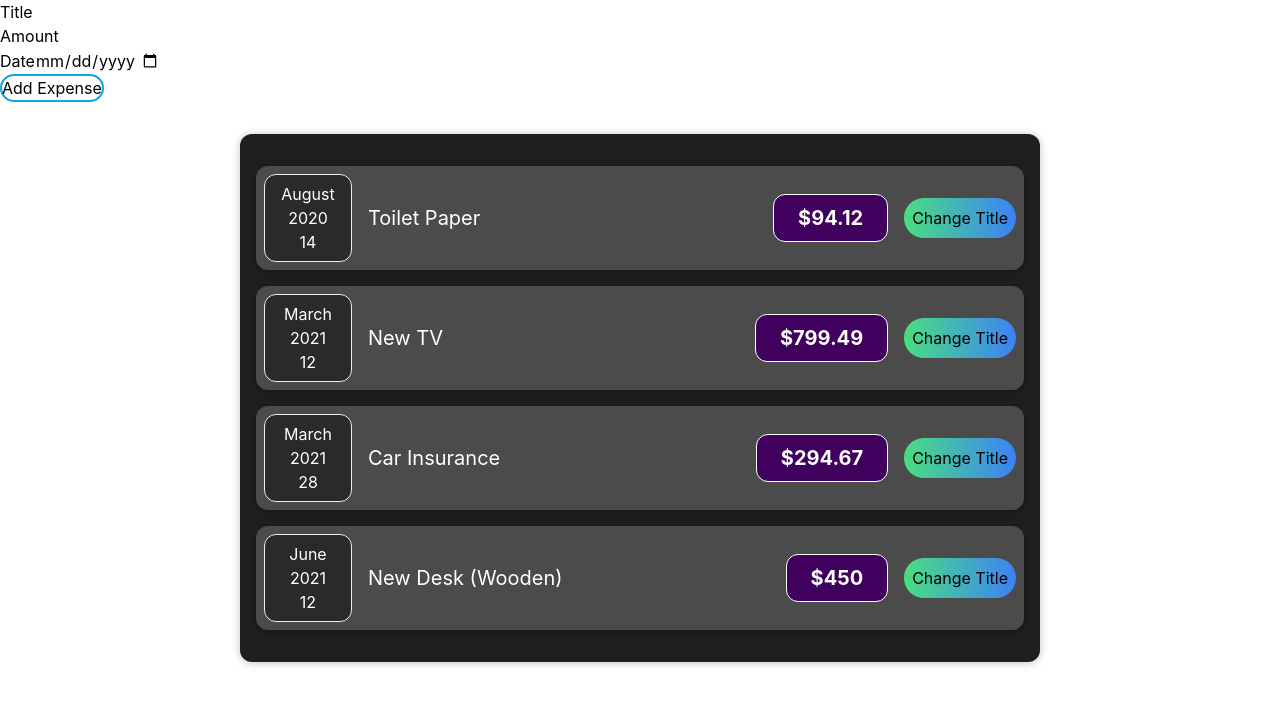
Repository: Sef24/expense-tracker
Page: /
The author's editor kept a copy of each file at every save. The page is drawn from the files as they stood at one save, then again after the next save.
The browser window is 1280 px wide. The pictures show the whole page.
The project was rebuilt for these pictures with package versions that can differ from the ones it lists, and the page was loaded fresh each time. Also part of the build but not shown: src/components/NewExpense/NewExpense.css, src/components/NewExpense/ExpenseForm.css.

Above is the page before, as saved 2022-04-24 15:45:53.

### public/index.html
<!DOCTYPE html>
<html lang="en">
  <head>
    <meta charset="utf-8" />
    <link rel="icon" href="%PUBLIC_URL%/favicon.ico" />
    <meta name="viewport" content="width=device-width, initial-scale=1" />

    <meta
      name="description"
      content="Web site created using create-react-app"
    />
    <link rel="apple-touch-icon" href="%PUBLIC_URL%/logo192.png" />
    <!--
      manifest.json provides metadata used when your web app is installed on a
      user's mobile device or desktop. See https://developers.google.com/web/fundamentals/web-app-manifest/
    -->
    <link rel="manifest" href="%PUBLIC_URL%/manifest.json" />
    <!--
      Notice the use of %PUBLIC_URL% in the tags above.
      It will be replaced with the URL of the `public` folder during the build.
      Only files inside the `public` folder can be referenced from the HTML.

      Unlike "/favicon.ico" or "favicon.ico", "%PUBLIC_URL%/favicon.ico" will
      work correctly both with client-side routing and a non-root public URL.
      Learn how to configure a non-root public URL by running `npm run build`.
    -->
    <title>React App</title>
  </head>
  <body>
    <noscript>You need to enable JavaScript to run this app.</noscript>
    <div id="root"></div>
    <!--
      This HTML file is a template.
      If you open it directly in the browser, you will see an empty page.

      You can add webfonts, meta tags, or analytics to this file.
      The build step will place the bundled scripts into the <body> tag.

      To begin the development, run `npm start` or `yarn start`.
      To create a production bundle, use `npm run build` or `yarn build`.
    -->
  </body>
</html>

### src/App.js
import Expenses from "./components/Expenses";
import NewExpense from "./components/NewExpense/NewExpense";

function App() {
  const expenses = [
    {
      id: "e1",
      title: "Toilet Paper",
      amount: 94.12,
      date: new Date(2020, 7, 14),
    },
    { id: "e2", title: "New TV", amount: 799.49, date: new Date(2021, 2, 12) },
    {
      id: "e3",
      title: "Car Insurance",
      amount: 294.67,
      date: new Date(2021, 2, 28),
    },
    {
      id: "e4",
      title: "New Desk (Wooden)",
      amount: 450,
      date: new Date(2021, 5, 12),
    },
  ];
  return (
    <div>
      <NewExpense />
      <Expenses items={expenses} />
    </div>
  );
}

export default App;

### src/components/Expenses.js
import React from "react";
import ExpenseItem from "./ExpenseItem";
import "./Expenses.css";

function Expenses(props) {
  <h1 className=""> Hello</h1>;
  return (
    <div className="expenses">
      <ExpenseItem
        title={props.items[0].title}
        amount={props.items[0].amount}
        date={props.items[0].date}
      />

      <ExpenseItem
        title={props.items[1].title}
        amount={props.items[1].amount}
        date={props.items[1].date}
      />
      <ExpenseItem
        title={props.items[2].title}
        amount={props.items[2].amount}
        date={props.items[2].date}
      />
      <ExpenseItem
        title={props.items[3].title}
        amount={props.items[3].amount}
        date={props.items[3].date}
      />
    </div>
  );
}

export default Expenses;

### src/components/NewExpense/NewExpense.js
import React from "react";
import "./NewExpense.css";
import ExpenseForm from "./ExpenseForm";

function NewExpense() {
  return (
    <div>
      <ExpenseForm onSaveExpenseData />
    </div>
  );
}

export default NewExpense;

### src/components/ExpenseItem.js
import React, { useState } from "react";
import "./ExpenseItem.css";
import ExpenseDate from "./ExpenseDate";

function ExpenseItem(props) {
  const [title, setTitle] = useState(props.title);

  const clickHandler = () => {
    setTitle("Updated");
    console.log(title);
  };

  return (
    <div className="expense-item ">
      <ExpenseDate date={props.date} />

      <div className="expense-item__description">
        <h2>{props.title}</h2>

        <div className="expense-item__price">${props.amount}</div>
      </div>
      <button
        className="p-2 ml-4 border-transparent rounded-full border-0
        bg-gradient-to-r from-green-400 to-blue-500
        hover:from-pink-500 hover:to-yellow-500 ...
        active:opacity-75"
        onClick={clickHandler}
      >
        Change Title
      </button>
    </div>
  );
}

export default ExpenseItem;

### src/components/NewExpense/ExpenseForm.js
import React, { useState } from "react";
import "./ExpenseForm.css";

function ExpenseForm() {
  const [enteredTitle, setEnteredTitle] = useState("");
  const [enteredAmount, setEnteredAmount] = useState("");
  const [enteredDate, setEnteredDate] = useState("");

  const titleChangeHandler = (event) => {
    setEnteredTitle(event.target.value);
  };

  const amountChangeHandler = (event) => {
    setEnteredAmount(event.target.value);
  };

  const dateChangeHandler = (event) => {
    setEnteredDate(event.target.value);
  };

  const submitExpenseHandler = (event) => {
    event.preventDefault();

    const expenseData = {
      title: enteredTitle,
      amount: enteredAmount,
      date: enteredDate,
    };
    console.log(expenseData);
    setEnteredTitle("");
    setEnteredAmount("");
    setEnteredDate("");
  };
  return (
    <form onSubmit={submitExpenseHandler}>
      <div>
        <div>
          <label>Title</label>
          <input
            type="text"
            value={enteredTitle}
            onChange={titleChangeHandler}
          />
        </div>

        <div>
          <label>Amount</label>
          <input
            type="number"
            value={enteredAmount}
            min="0.01"
            step="0.01"
            onChange={amountChangeHandler}
          />
        </div>

        <div>
          <label>Date</label>
          <input
            type="date"
            value={enteredDate}
            min="2019-01-01"
            max="2022-12-31"
            onChange={dateChangeHandler}
          />
        </div>
      </div>

      <div>
        <button
          className="border-solid border-2 border-sky-500 rounded-full"
          type="submit"
        >
          Add Expense
        </button>
      </div>
    </form>
  );
}

export default ExpenseForm;

### src/components/ExpenseItem.css
.expense-item {
  display: flex;
  justify-content: space-between;
  align-items: center;
  box-shadow: 0 2px 8px rgba(0, 0, 0, 0.25);
  padding: 0.5rem;
  margin: 1rem 0;
  border-radius: 12px;
  background-color: #4b4b4b;
}

.expense-item__description {
  display: flex;
  flex-direction: column;
  gap: 1rem;
  align-items: flex-end;
  flex-flow: column-reverse;
  justify-content: flex-start;
  flex: 1;
}

.expense-item h2 {
  color: #3a3a3a;
  font-size: 1rem;
  flex: 1;
  margin: 0 1rem;
  color: white;
}

.expense-item__price {
  font-size: 1rem;
  font-weight: bold;
  color: white;
  background-color: #40005d;
  border: 1px solid white;
  padding: 0.5rem;
  border-radius: 12px;
}

@media (min-width: 580px) {
  .expense-item__description {
    flex-direction: row;
    align-items: center;
    justify-content: flex-start;
    flex: 1;
  }

  .expense-item__description h2 {
    font-size: 1.25rem;
  }

  .expense-item__price {
    font-size: 1.25rem;
    padding: 0.5rem 1.5rem;
  }
}

### src/components/ExpenseDate.js
import React from "react";
import "./ExpenseDate.css";

function ExpenseDate(props) {
  const month = props.date.toLocaleString("en-US", { month: "long" });
  const day = props.date.getDate();
  const year = props.date.getFullYear();

  return (
    <div className="expense-date">
      <div className="expense__month">{month}</div>
      <div className="expense__year">{year}</div>
      <div className="expense__day">{day}</div>
    </div>
  );
}

export default ExpenseDate;

Loaded but not shown: src/index.js (common file); src/index.css (common file); src/components/Expenses.css (common file); src/components/ExpenseDate.css (common file); tailwind.config.js (common file)

After the next save:
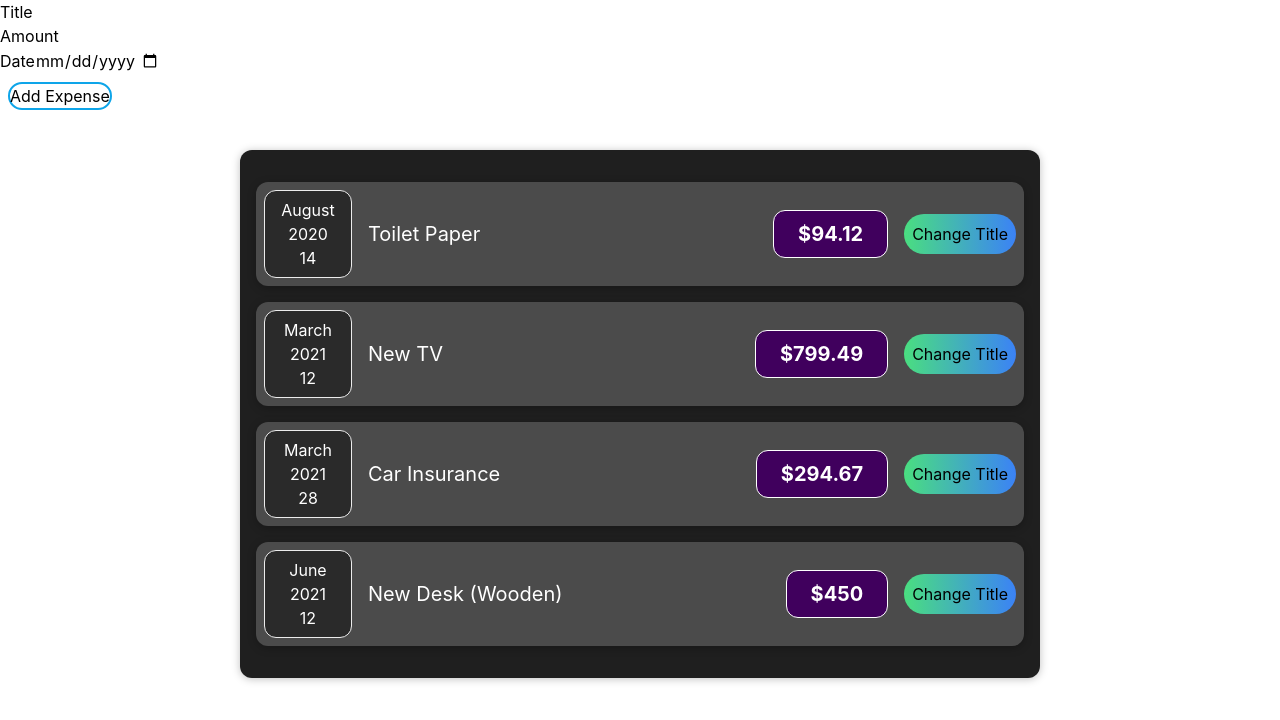
Saved 8 s later.
--- a/src/components/NewExpense/ExpenseForm.js
+++ b/src/components/NewExpense/ExpenseForm.js
@@ -68,7 +68,7 @@ function ExpenseForm() {
 
       <div>
         <button
-          className="border-solid border-2 border-sky-500 rounded-full"
+          className="border-solid border-2 border-sky-500 rounded-full m-2"
           type="submit"
         >
           Add Expense
